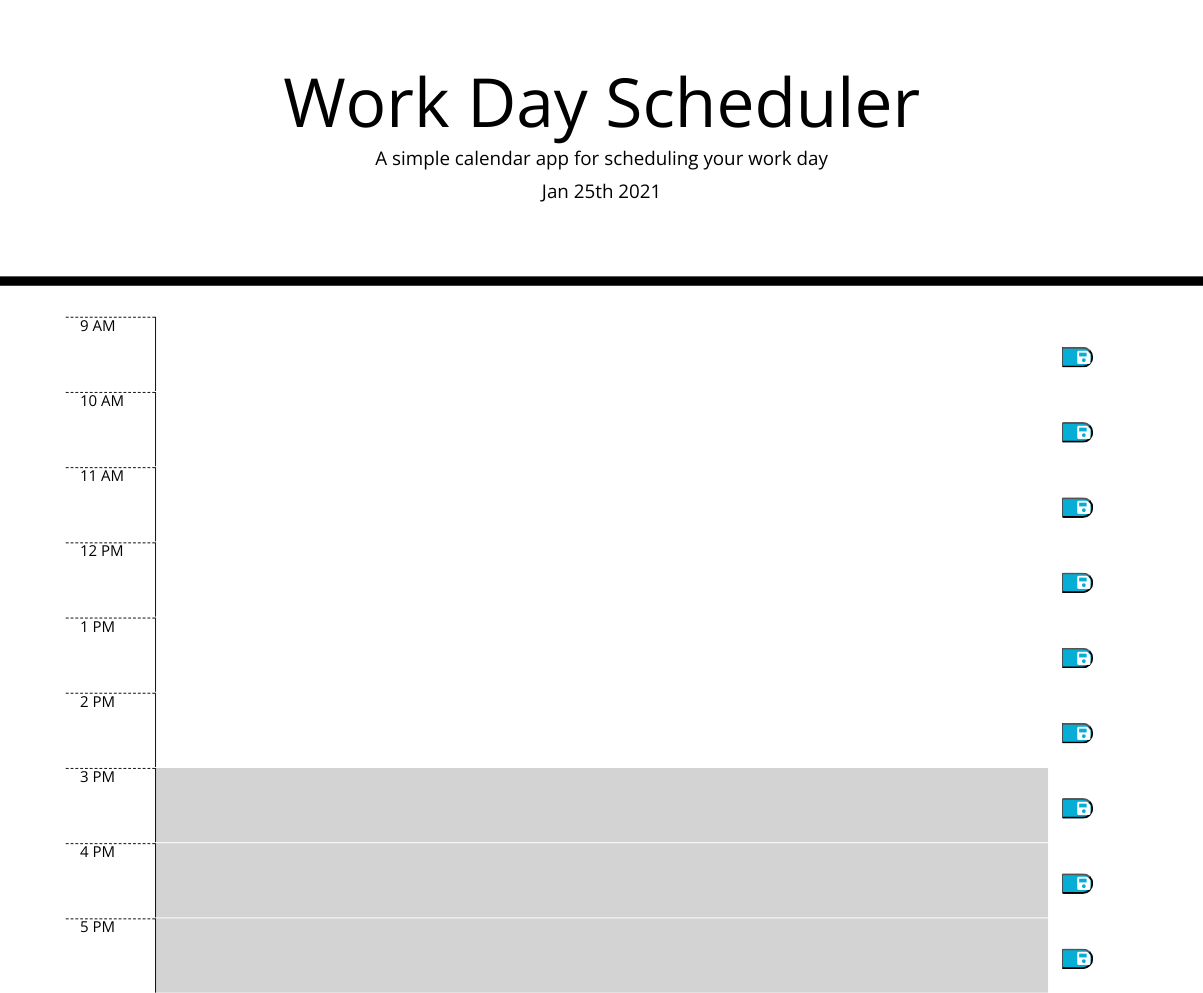
Repository: UPye/workDayScheduler
Page: index.html
These files come from the project's save history. The page is drawn as it stood at one moment and after a run of saves; the edit follows.
The browser window is 1280 px wide. The pictures show the whole page, at 94% of full size.
Some web libraries are served in a nearby version.

Above is the page before, as saved 2021-01-25 21:36:48.

After the next 2 saves:
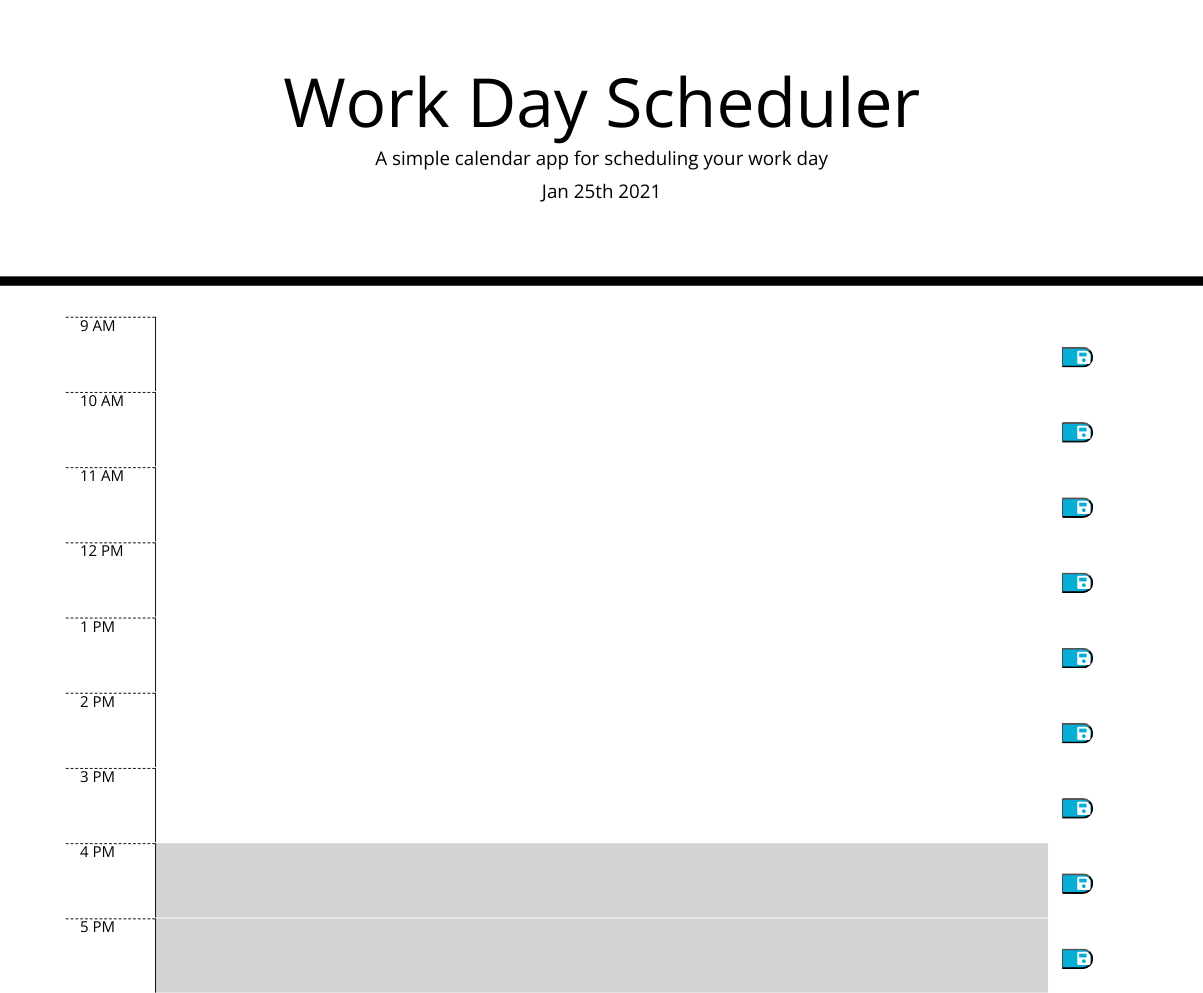
The 2 saves are shown as one change because they came seconds apart.
The last was saved 10 s later.
--- a/index.html
+++ b/index.html
@@ -75,7 +75,7 @@
       </section>
       <section class="row timeblocks">
         <div class="col-1 hour">3 PM</div>
-        <textarea id="3pm hour-3" class="task col-10" placeholder="" autocomplete="off"></textarea>
+        <textarea id="hour-3" class="task col-10" placeholder="" autocomplete="off"></textarea>
         <div class="col-1 save">
           <button type="button" id="save-3" data-id="3" class="saveBtn col-1"><i class="fas fa-save"></i></button>
         </div>
